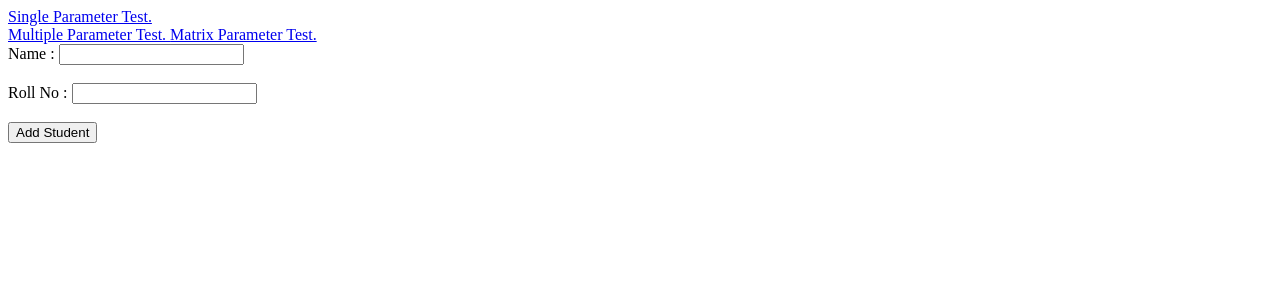
Repository: rpmani/Jersey
Page: http://localhost/RestFullPath/
These files come from the project's save history. The page is drawn as it stood at one moment and after the next save; the edit follows.
The browser window is 1280 px wide. The pictures show the whole page.
The page is served by Tomcat 9. Other server files are loaded and not shown.

Above is the page before, as saved 2018-05-16 07:01:14.

### RestFullPath/WebContent/index.jsp
<%@ page language="java" contentType="text/html; charset=ISO-8859-1"
    pageEncoding="ISO-8859-1"%>
<!DOCTYPE html PUBLIC "-//W3C//DTD HTML 4.01 Transitional//EN" "http://www.w3.org/TR/html4/loose.dtd">
<html>
<head>
<meta http-equiv="Content-Type" content="text/html; charset=ISO-8859-1">
<title>Insert title here</title>
</head>
<body>
<a href="restapi/jaxy/04">Single Parameter Test.
   </a>
   <br/>
   <a href="restapi/jaxy/Mani/MSC/04">Multiple Parameter Test.
   </a>

    <a href="restapi/jaxy;name=adhi;class=10 th standard;rollNo=1st;id=003">Matrix Parameter Test.
  <!-- <a href="rest/jax/adhi;class=12th">Matrix Parameter Test. -->
   </a>
    <form action="restapi/jaxy/add" method="post">
	Name : <input type="text" name="name" />
	<br/><br/>
	Roll No : <input type="text" name="rollNo" />
	<br/><br/>
	<input type="submit" value="Add Student" />
 </form>

</body>
</html>

After the next save:
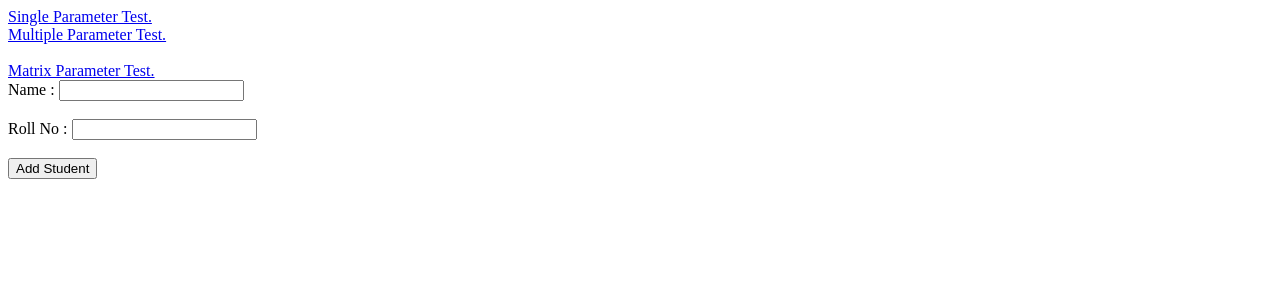
Saved 22 s later.
--- a/RestFullPath/WebContent/index.jsp
+++ b/RestFullPath/WebContent/index.jsp
@@ -12,7 +12,7 @@
    <br/>
    <a href="restapi/jaxy/Mani/MSC/04">Multiple Parameter Test.
    </a>
-
+   <br/><br/>
     <a href="restapi/jaxy;name=adhi;class=10 th standard;rollNo=1st;id=003">Matrix Parameter Test.
   <!-- <a href="rest/jax/adhi;class=12th">Matrix Parameter Test. -->
    </a>
